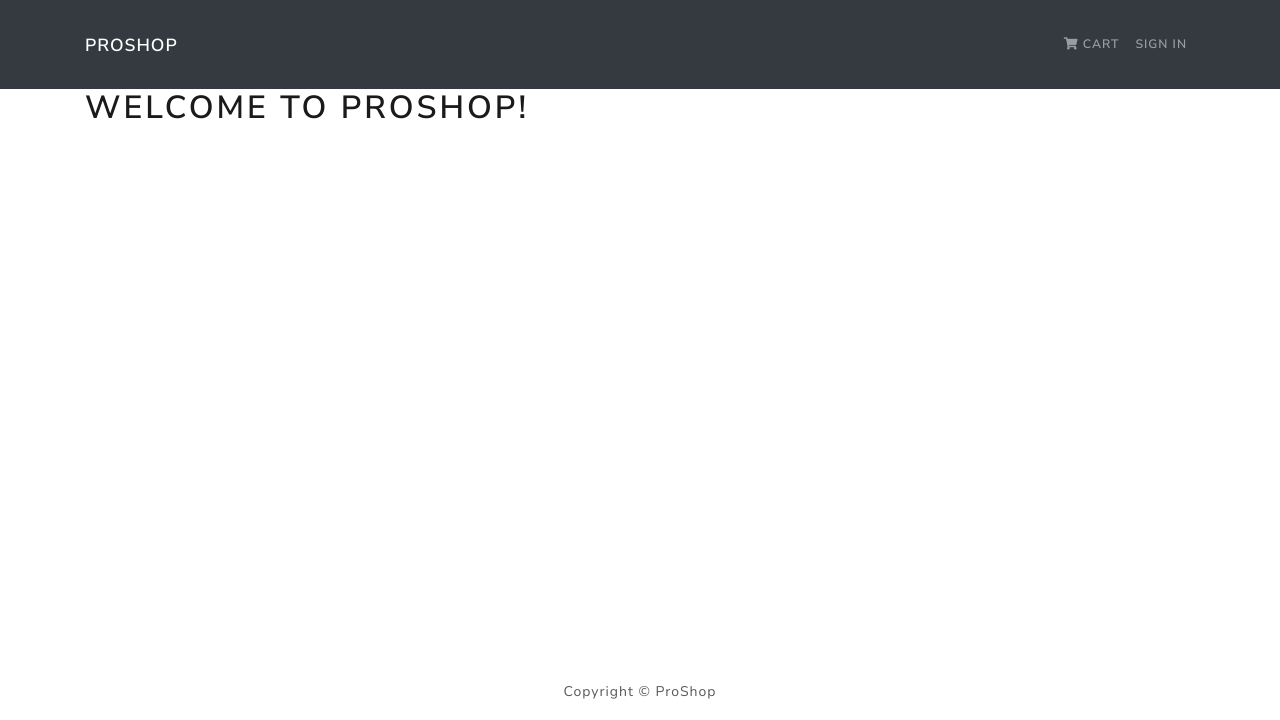
Repository: Lithium87/proshop
Page: / (app in frontend/)
An editor plug-in stored every save of this project. The page is shown before and after the next save, followed by the edit.
The browser window is 1280 px wide. The pictures show the whole page.
The project was rebuilt for these pictures with package versions that can differ from the ones it lists, and the page was loaded fresh each time.

Above is the page before, as saved 2021-09-08 22:19:23.

After the next save:
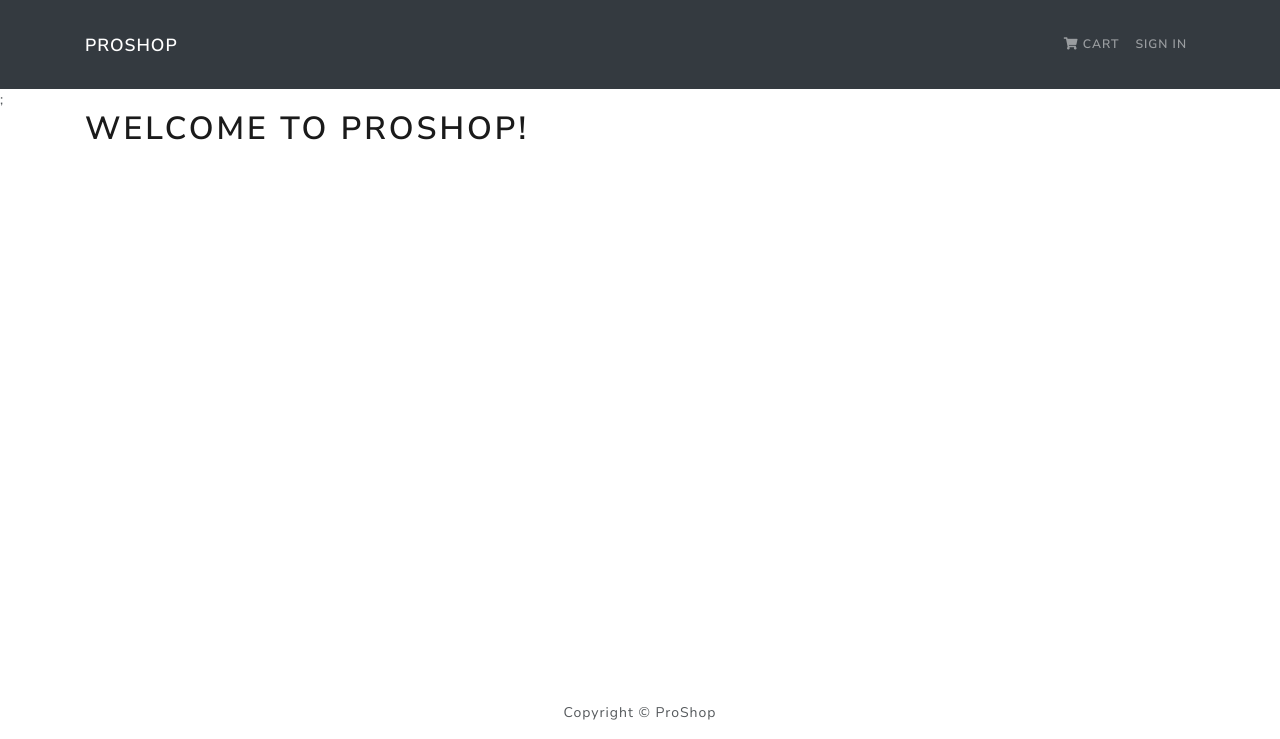
Saved 89 s later.
--- a/frontend/src/components/Header.js
+++ b/frontend/src/components/Header.js
@@ -2,22 +2,25 @@
 import {Navbar, Nav, Container} from 'react-bootstrap';
 
 const Header = () => {
-    return (
-        <header>
-            <Navbar bg="dark" variant="dark" expand="lg" collapseOnSelect>
-                <Container>
-                    <Navbar.Brand href="/">ProShop</Navbar.Brand>
-                    <Navbar.Toggle aria-controls="basic-navbar-nav" />
-                    <Navbar.Collapse id="basic-navbar-nav">
-                    <Nav className="ml-auto">
-                        <Nav.Link href="/cart"><i className='fas fa-shopping-cart'></i> Cart</Nav.Link>
-                        <Nav.Link href="/login">Sign In</Nav.Link>
-                    </Nav>
-                    </Navbar.Collapse>
-                </Container>
-            </Navbar>
-        </header>
-    )
-}
+  return (
+    <header>
+      <Navbar bg="dark" variant="dark" expand="lg" collapseOnSelect>
+        <Container>
+          <Navbar.Brand href="/">ProShop</Navbar.Brand>
+          <Navbar.Toggle aria-controls="basic-navbar-nav" />
+          <Navbar.Collapse id="basic-navbar-nav">
+            <Nav className="ml-auto">
+              <Nav.Link href="/cart">
+                <i className="fas fa-shopping-cart" /> Cart
+              </Nav.Link>
+              <Nav.Link href="/login">Sign In</Nav.Link>
+            </Nav>
+          </Navbar.Collapse>
+        </Container>
+      </Navbar>;
 
-export default Header
+    </header>
+  );
+};
+
+export default Header;

After the save that followed:
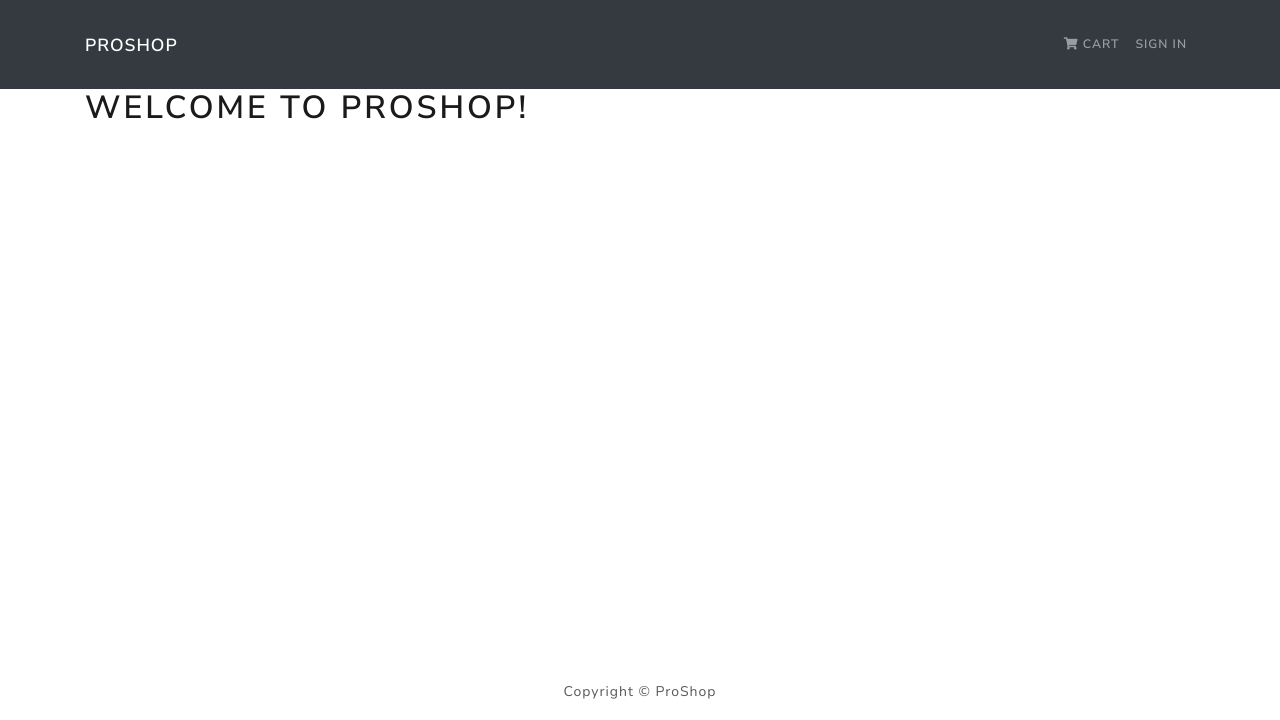
Saved 12 s later.
--- a/frontend/src/components/Header.js
+++ b/frontend/src/components/Header.js
@@ -17,8 +17,7 @@
             </Nav>
           </Navbar.Collapse>
         </Container>
-      </Navbar>;
-
+      </Navbar>
     </header>
   );
 };
